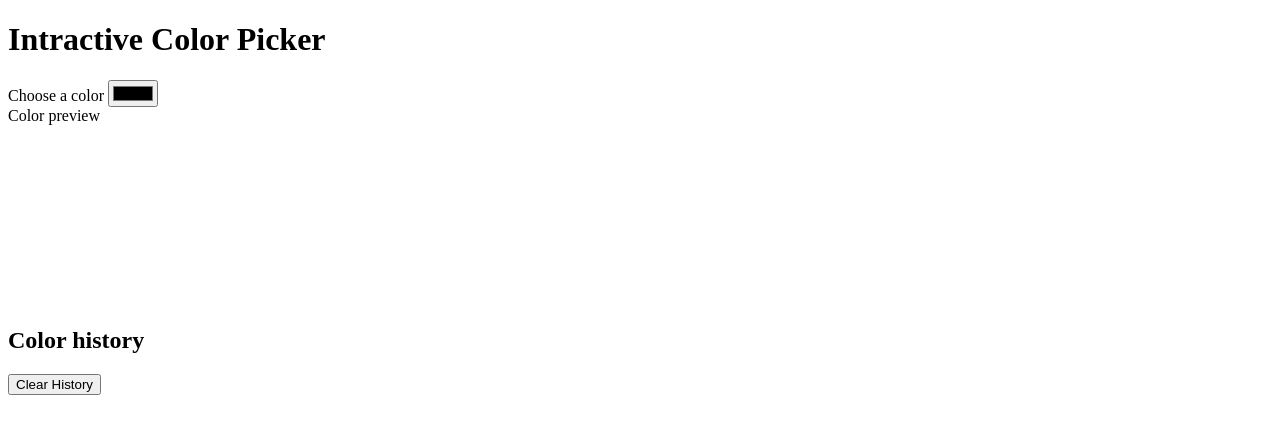
Repository: jamalissef-glitch/exercise1-JS
Page: Exeercise37/index.html
An editor plug-in stored every save of this project. The page is shown before and after the next save, followed by the edit.
The browser window is 1280 px wide. The pictures show the whole page.

Above is the page before, as saved 2026-07-15 17:19:49.

After the next save:
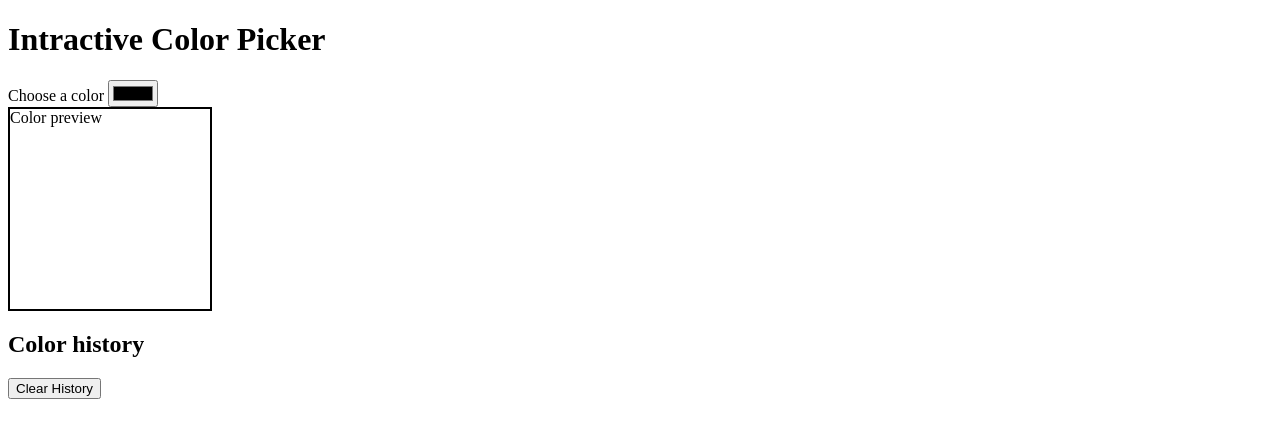
Saved 17 s later.
--- a/Exeercise37/index.html
+++ b/Exeercise37/index.html
@@ -11,6 +11,7 @@
   width: 200px;
   height: 200px;
   margin: 0;
+  border: 2px solid black;
  }
 </style>
 
